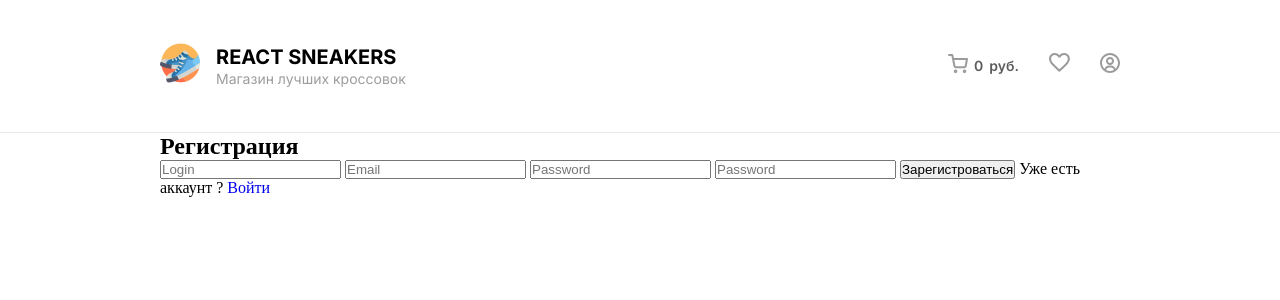
Repository: maxbirimkulov/sneakers20
Page: src/pages/register.html
An editor plug-in stored every save of this project. The page is shown before and after the next save, followed by the edit.
The browser window is 1280 px wide. The pictures show the whole page.
The style sheet was rebuilt from its Sass, Less or Tailwind sources for each picture, by a compiler version that may differ from the author's.

Above is the page before, as saved 2022-11-12 20:45:29.

After the next save:
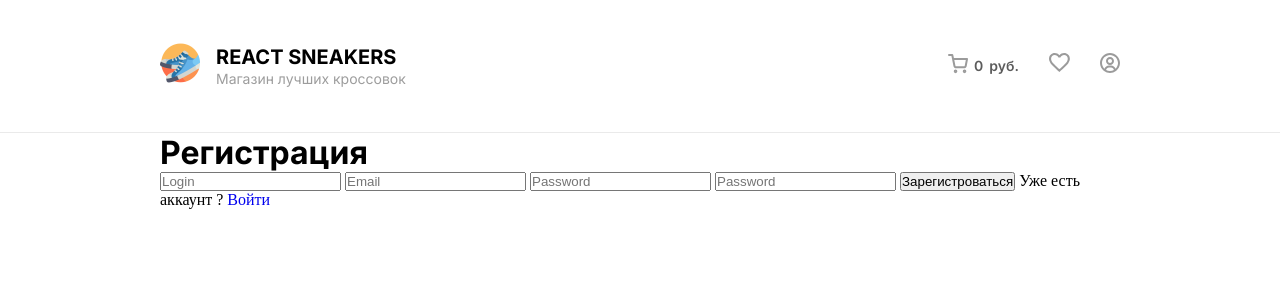
Saved 14 s later.
--- a/src/css/_register.scss
+++ b/src/css/_register.scss
@@ -1,5 +1,5 @@
 .register {
-  &-title {
+  &__title {
     @include text($int, normal, 700, 32px, 0, black);
   }
 }
